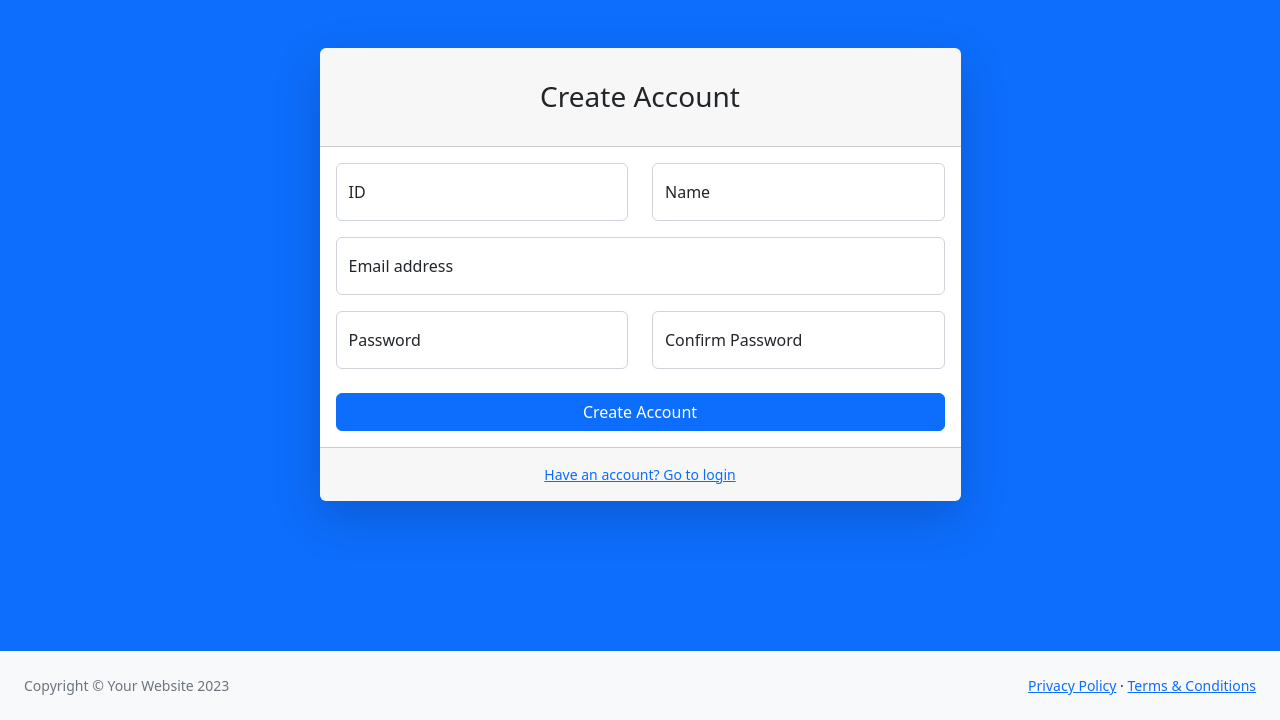
Repository: wonsungjin/Kosta
Page: http://localhost/web_prj/register.jsp
These files come from the project's save history. The page is drawn as it stood at one moment and after the next save; the edit follows.
The browser window is 1280 px wide. The pictures show the whole page.
Some web libraries are served in a nearby version. The page is served by Tomcat 9. Other server files are loaded and not shown.

Above is the page before, as saved 2024-05-22 02:27:16.

### web_prj/src/main/webapp/register.jsp
<%@ page language="java" contentType="text/html; charset=UTF-8"
	pageEncoding="UTF-8"%>
<!DOCTYPE html>
<html lang="en">
<head>
<meta charset="utf-8" />
<meta http-equiv="X-UA-Compatible" content="IE=edge" />
<meta name="viewport"
	content="width=device-width, initial-scale=1, shrink-to-fit=no" />
<meta name="description" content="" />
<meta name="author" content="" />
<title>Register - SB Admin</title>
<link href="css/styles.css" rel="stylesheet" />
<script src="https://use.fontawesome.com/releases/v6.3.0/js/all.js"
	crossorigin="anonymous"></script>
</head>
<body class="bg-primary">
	<div id="layoutAuthentication">
		<div id="layoutAuthentication_content">
			<main>
				<div class="container">
					<div class="row justify-content-center">
						<div class="col-lg-7">
							<div class="card shadow-lg border-0 rounded-lg mt-5">
								<div class="card-header">
									<h3 class="text-center font-weight-light my-4">Create
										Account</h3>
								</div>
								<div class="card-body">
									<form method="post" action="<%=request.getContextPath()%>/UserServlet">
									<input type = "hidden" name="pagecode" value="P001">
										<div class="row mb-3">
											<div class="col-md-6">
												<div class="form-floating mb-3 mb-md-0">
													<input name="userid" class="form-control" id="inputUserid"
														type="text" placeholder="Enter your ID" /> <label
														for="inputFirstName">ID</label>
												</div>
											</div>
											<div class="col-md-6">
												<div class="form-floating">
													<input name="uname" class="form-control" id="inputName"
														type="text" placeholder="Enter your last name" /> <label
														for="inputLastName">Name</label>
												</div>
											</div>
										</div>
										<div class="form-floating mb-3">
											<input name="email" class="form-control" id="inputEmail"
												type="email" placeholder="name@example.com" /> <label
												for="inputEmail">Email address</label>
										</div>
										<div class="row mb-3">
											<div class="col-md-6">
												<div class="form-floating mb-3 mb-md-0">
													<input name="passwd" class="form-control"
														id="inputPassword" type="password"
														placeholder="Create a password" /> <label
														for="inputPassword">Password</label>
												</div>
											</div>
											<div class="col-md-6">
												<div class="form-floating mb-3 mb-md-0">
													<input name="passwd2" class="form-control"
														id="inputPasswordConfirm" type="password"
														placeholder="Confirm password" /> <label
														for="inputPasswordConfirm">Confirm Password</label>
												</div>
											</div>
										</div>
										<div class="mt-4 mb-0">
											<div class="d-grid">
												<a class="btn btn-primary btn-block" href="Login.jsp">Create
													Account</a>
											</div>
										</div>
									</form>
								</div>
								<div class="card-footer text-center py-3">
									<div class="small">
										<a href="Login.jsp">Have an account? Go to login</a>
									</div>
								</div>
							</div>
						</div>
					</div>
				</div>
			</main>
		</div>
		<div id="layoutAuthentication_footer">
			<footer class="py-4 bg-light mt-auto">
				<div class="container-fluid px-4">
					<div
						class="d-flex align-items-center justify-content-between small">
						<div class="text-muted">Copyright &copy; Your Website 2023</div>
						<div>
							<a href="#">Privacy Policy</a> &middot; <a href="#">Terms
								&amp; Conditions</a>
						</div>
					</div>
				</div>
			</footer>
		</div>
	</div>
	<script
		src="https://cdn.jsdelivr.net/npm/bootstrap@5.2.3/dist/js/bootstrap.bundle.min.js"
		crossorigin="anonymous"></script>
	<script src="js/scripts.js"></script>
</body>
</html>

### web_prj/src/main/webapp/js/scripts.js
/*!
    * Start Bootstrap - SB Admin v7.0.7 (https://startbootstrap.com/template/sb-admin)
    * Copyright 2013-2023 Start Bootstrap
    * Licensed under MIT (https://github.com/StartBootstrap/startbootstrap-sb-admin/blob/master/LICENSE)
    */
    //
// Scripts
//

window.addEventListener('DOMContentLoaded', event => {

    // Toggle the side navigation
    const sidebarToggle = document.body.querySelector('#sidebarToggle');
    if (sidebarToggle) {
        // Uncomment Below to persist sidebar toggle between refreshes
        // if (localStorage.getItem('sb|sidebar-toggle') === 'true') {
        //     document.body.classList.toggle('sb-sidenav-toggled');
        // }
        sidebarToggle.addEventListener('click', event => {
            event.preventDefault();
            document.body.classList.toggle('sb-sidenav-toggled');
            localStorage.setItem('sb|sidebar-toggle', document.body.classList.contains('sb-sidenav-toggled'));
        });
    }

});

Loaded but not shown: web_prj/src/main/webapp/css/styles.css (library)

After the next save:
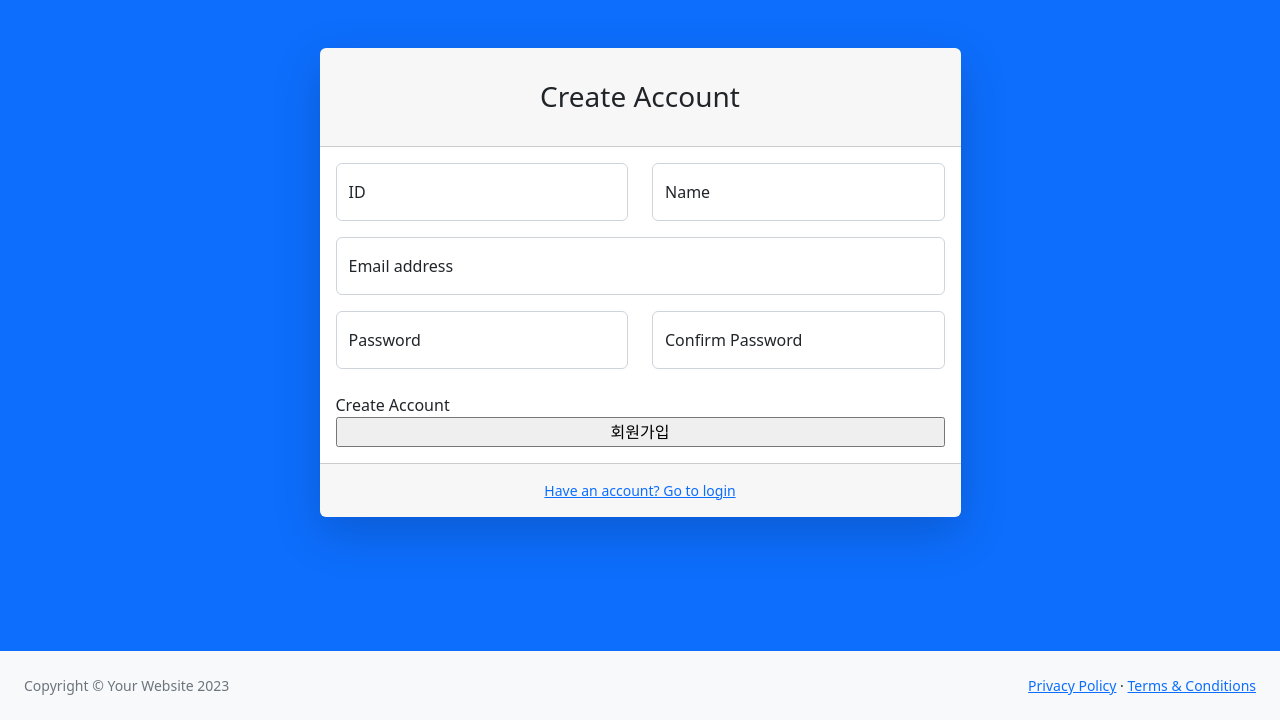
Saved 14 min 58 s later.
--- a/web_prj/src/main/webapp/register.jsp
+++ b/web_prj/src/main/webapp/register.jsp
@@ -70,8 +70,8 @@
 										</div>
 										<div class="mt-4 mb-0">
 											<div class="d-grid">
-												<a class="btn btn-primary btn-block" href="Login.jsp">Create
-													Account</a>
+												Create Account</a>
+												<input type="submit" value="회원가입">
 											</div>
 										</div>
 									</form>
